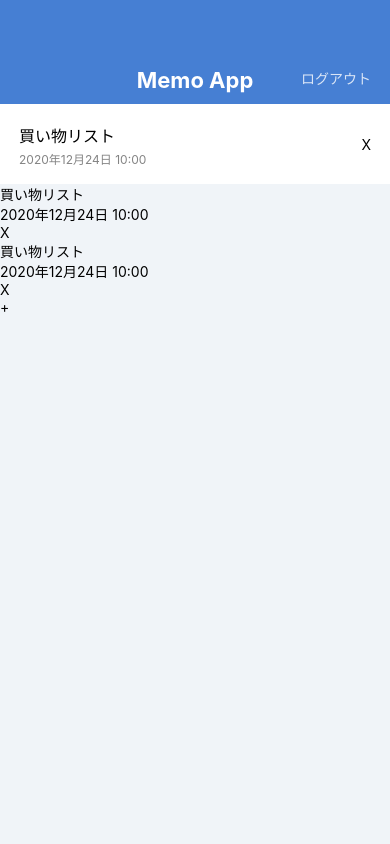
Repository: hirano-step/MemoApp
Screen: /
These files come from the project's save history. The screen is drawn as it stood at one moment and after the next save; the edit follows.
The app was drawn by React Native's web renderer in a window 390 px wide. The project was rebuilt for these pictures with package versions that can differ from the ones it lists, and the page was loaded fresh each time.

Above is the screen before, as saved 2023-01-12 11:22:34.

After the next save:
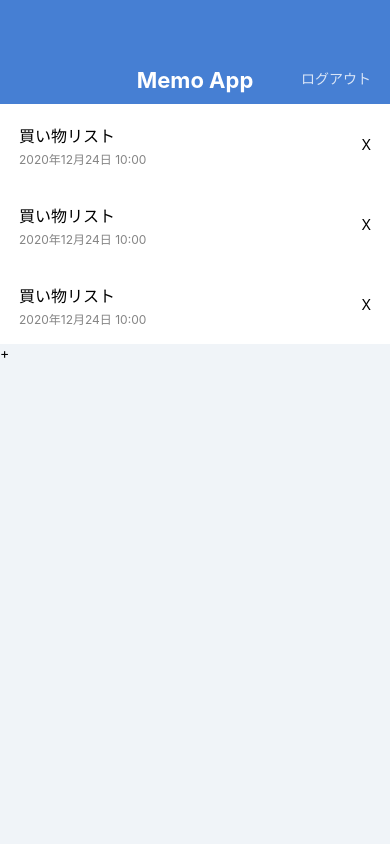
Saved 61 s later.
--- a/App.jsx
+++ b/App.jsx
@@ -21,20 +21,20 @@ export default function App() {
           </View>
         </View>
 
-        <View>
+        <View style={styles.memoListItem}>
           <View>
-            <Text>買い物リスト</Text>
-            <Text>2020年12月24日 10:00</Text>
+            <Text style={styles.memoListItemTitle}>買い物リスト</Text>
+            <Text style={styles.memoListItemDate}>2020年12月24日 10:00</Text>
           </View>
           <View>
             <Text>X</Text>
           </View>
         </View>
 
-        <View>
+        <View style={styles.memoListItem}>
           <View>
-            <Text>買い物リスト</Text>
-            <Text>2020年12月24日 10:00</Text>
+            <Text style={styles.memoListItemTitle}>買い物リスト</Text>
+            <Text style={styles.memoListItemDate}>2020年12月24日 10:00</Text>
           </View>
           <View>
             <Text>X</Text>
